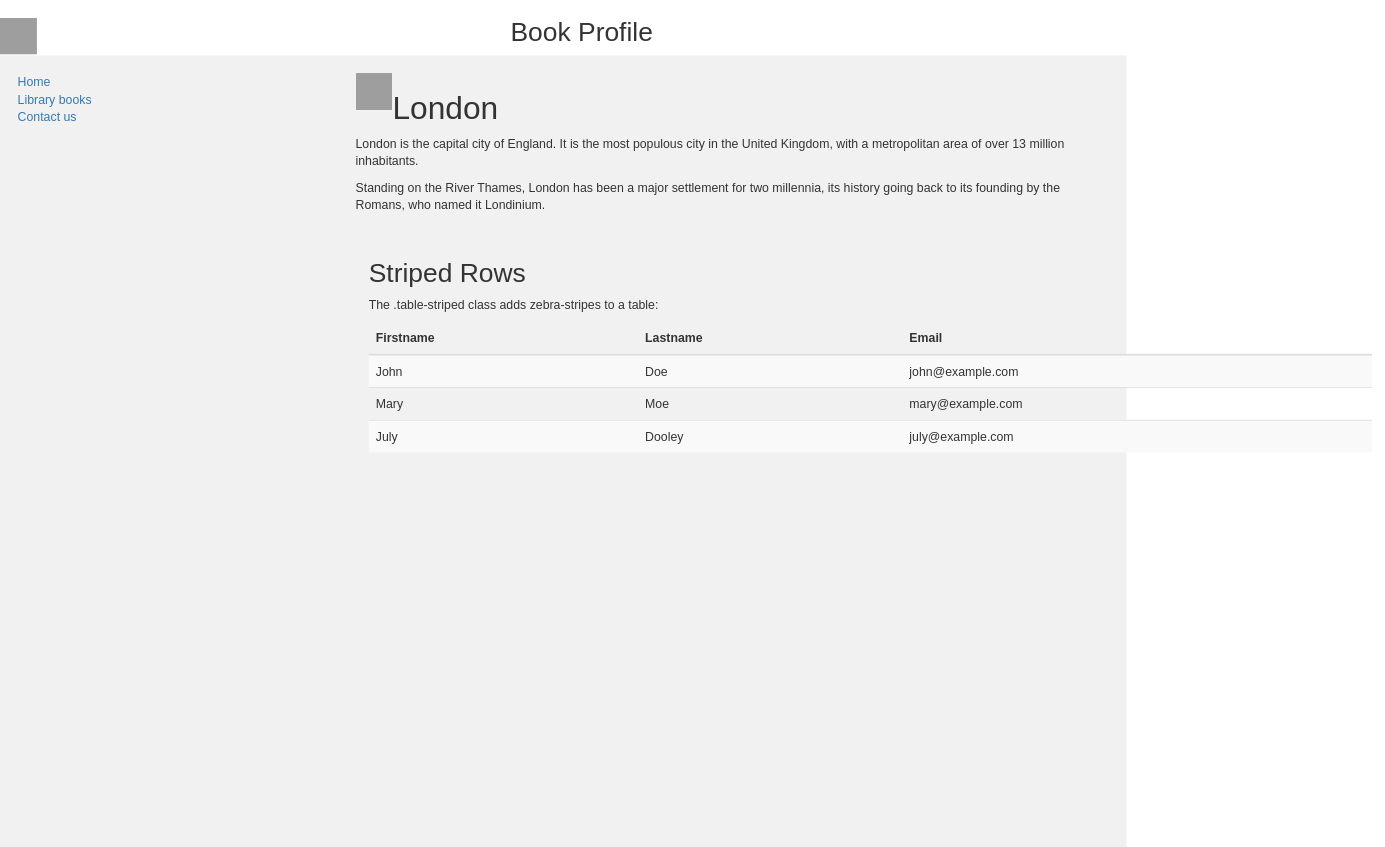
Repository: sandunigayanjali/Library_System
Page: http://localhost/library_management/bookProfille.jsp
These files come from the project's save history. The page is drawn as it stood at one moment and after the next save; the edit follows.
The browser window is 1280 px wide. The page is 1574 px wide, so the pictures cover 1574 px, including what lies to the right of the window. The pictures show the whole page, at 88% of full size.
Pictures or frames that could not be fetched are drawn as grey boxes. The page is served by Tomcat 9.

Above is the page before, as saved 2018-11-24 12:39:26.

### library management/WebContent/bookProfille.jsp
<%@ page language="java" contentType="text/html; charset=ISO-8859-1"
    pageEncoding="ISO-8859-1"%>
<!DOCTYPE html PUBLIC "-//W3C//DTD HTML 4.01 Transitional//EN" "http://www.w3.org/TR/html4/loose.dtd">
<html>
<head>
<meta http-equiv="Content-Type" content="text/html; charset=ISO-8859-1">
<meta charset="utf-8">
<meta name="viewport" content="width=device-width, initial-scale=1">
<link rel="stylesheet" href="https://maxcdn.bootstrapcdn.com/bootstrap/3.3.7/css/bootstrap.min.css">
  <script src="https://ajax.googleapis.com/ajax/libs/jquery/3.3.1/jquery.min.js"></script>
  <script src="https://maxcdn.bootstrapcdn.com/bootstrap/3.3.7/js/bootstrap.min.js"></script>
<title>Insert title here</title>

<style>
* {
    box-sizing: border-box;
}

body {
    font-family: Arial, Helvetica, sans-serif;
}

/* Style the header */
header {
    background-color: #666;
    padding: 30px;
    text-align: center;
    font-size: 35px;
    color: white;
}

/* Create two columns/boxes that floats next to each other */
nav {
    float: left;
    width: 30%;
    height: 900px; /* only for demonstration, should be removed */
    background: #f1f1f1;
    padding: 20px;
}

/* Style the list inside the menu */
nav ul {
    list-style-type: none;
    padding: 0;
}

article {
    float: left;
    padding: 20px;
    width: 70%;
    background-color: #f1f1f1;
    height: 900px; /* only for demonstration, should be removed */
}

/* Clear floats after the columns */
section:after {
    content: "";
    display: table;
    clear: both;
}
image{
align:center;
}


/* Responsive layout - makes the two columns/boxes stack on top of each other instead of next to each other, on small screens */
@media (max-width: 600px) {
    nav, article {
        width: 100%;
        height: 100%;
    }
}
</style>


</head>
<body>
<center>
<img src="E:\desktop\level 2 semester 2\PROJECT\th.jpg" alt="HTML tutorial" style="float:left;width:42px;height:42px;border:0;">
<h2>Book Profile</h2>
</center>

<section>
  <nav>
    <ul>
      <li><a href="#">Home</a></li>
      <li><a href="#">Library books</a></li>
      <li><a href="#">Contact us</a></li>
    </ul>
  </nav>

  <article>

<image> <img src="E:\desktop\level 2 semester 2\PROJECT\lib.jpg" alt="HTML tutorial" style="float:left;width:42px;height:42px;border:0;"></image><br>
    <h1>London</h1>
    <p>London is the capital city of England. It is the most populous city in the  United Kingdom, with a metropolitan area of over 13 million inhabitants.</p>
    <p>Standing on the River Thames, London has been a major settlement for two millennia, its history going back to its founding by the Romans, who named it Londinium.</p>
    <br>
    <div class="container">
  <h2>Striped Rows</h2>
  <p>The .table-striped class adds zebra-stripes to a table:</p>
  <table class="table table-striped">
    <thead>
      <tr>
        <th>Firstname</th>
        <th>Lastname</th>
        <th>Email</th>
      </tr>
    </thead>
    <tbody>
      <tr>
        <td>John</td>
        <td>Doe</td>
        <td>john@example.com</td>
      </tr>
      <tr>
        <td>Mary</td>
        <td>Moe</td>
        <td>mary@example.com</td>
      </tr>
      <tr>
        <td>July</td>
        <td>Dooley</td>
        <td>july@example.com</td>
      </tr>
    </tbody>
  </table>
</div>


  </article>
</section>

</body>
</html>

After the next save:
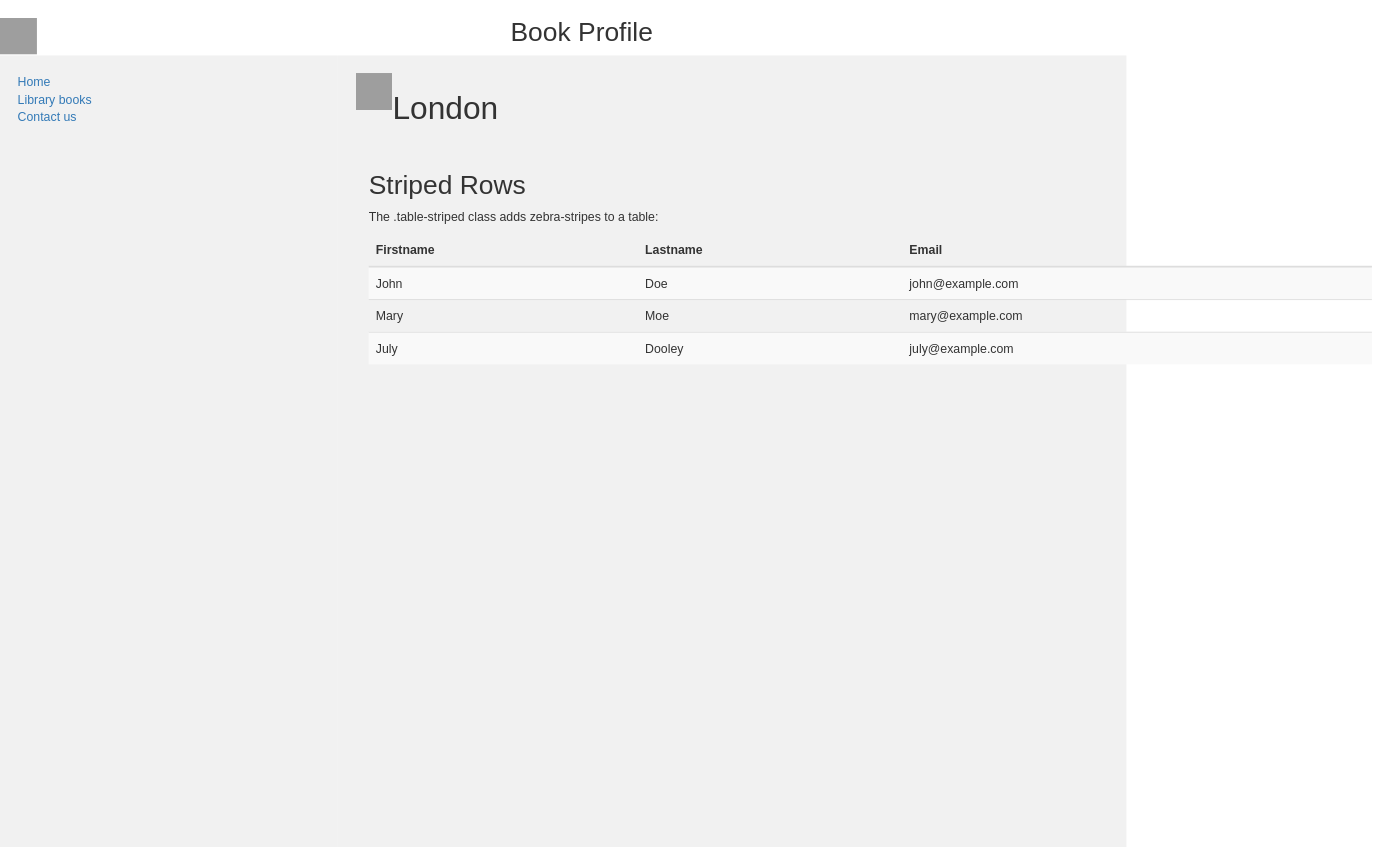
Saved 84 s later.
--- a/library management/WebContent/bookProfille.jsp
+++ b/library management/WebContent/bookProfille.jsp
@@ -93,8 +93,7 @@ align:center;
 
 <image> <img src="E:\desktop\level 2 semester 2\PROJECT\lib.jpg" alt="HTML tutorial" style="float:left;width:42px;height:42px;border:0;"></image><br>
     <h1>London</h1>
-    <p>London is the capital city of England. It is the most populous city in the  United Kingdom, with a metropolitan area of over 13 million inhabitants.</p>
-    <p>Standing on the River Thames, London has been a major settlement for two millennia, its history going back to its founding by the Romans, who named it Londinium.</p>
+
     <br>
     <div class="container">
   <h2>Striped Rows</h2>
